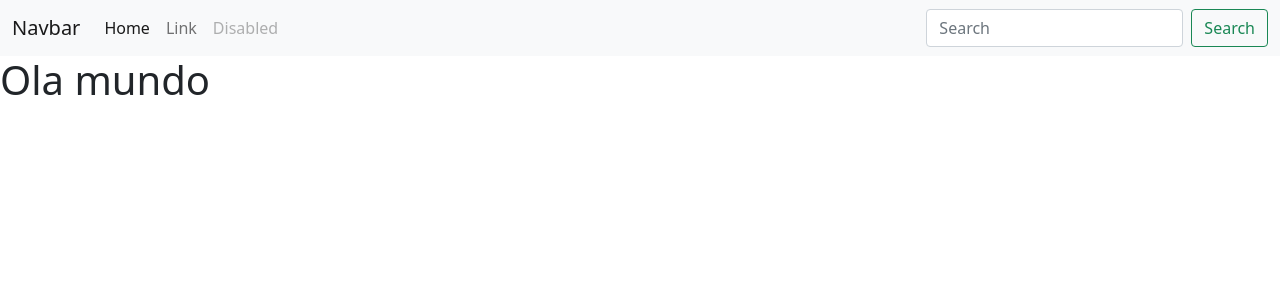
Repository: GabrielAzevedo99/back-end
Page: java-crud/src/main/webapp/index.html
These files come from the project's save history. The page is drawn as it stood at one moment and after the next save; the edit follows.
The browser window is 1280 px wide. The pictures show the whole page.

Above is the page before, as saved 2022-02-05 00:15:13.

### java-crud/src/main/webapp/index.html
<!DOCTYPEhtml>
<html>

<meta charset="ISO-8859-1">
<title> PROJETO CRUD COM JAVA </title>
<!-- CSS only -->
<link href="https://cdn.jsdelivr.net/npm/bootstrap@5.1.3/dist/css/bootstrap.min.css" rel="stylesheet" integrity="sha384-1BmE4kWBq78iYhFldvKuhfTAU6auU8tT94WrHftjDbrCEXSU1oBoqyl2QvZ6jIW3" crossorigin="anonymous">
</head>
<body>
<nav class="navbar navbar-expand-lg navbar-light bg-light">
  <div class="container-fluid">
    <a class="navbar-brand" href="#">Navbar</a>
    <button class="navbar-toggler" type="button" data-bs-toggle="collapse" data-bs-target="#navbarSupportedContent" aria-controls="navbarSupportedContent" aria-expanded="false" aria-label="Toggle navigation">
      <span class="navbar-toggler-icon"></span>
    </button>
    <div class="collapse navbar-collapse" id="navbarSupportedContent">
      <ul class="navbar-nav me-auto mb-2 mb-lg-0">
        <li class="nav-item">
          <a class="nav-link active" aria-current="page" href="#">Home</a>
        </li>
        <li class="nav-item">
          <a class="nav-link" href="#">Link</a>
        </li>

        <li class="nav-item">
          <a class="nav-link disabled">Disabled</a>
        </li>
      </ul>
      <form class="d-flex">
        <input class="form-control me-2" type="search" placeholder="Search" aria-label="Search">
        <button class="btn btn-outline-success" type="submit">Search</button>
      </form>
    </div>
  </div>
</nav>
<!-- JavaScript Bundle with Popper -->
<script src="https://cdn.jsdelivr.net/npm/bootstrap@5.1.3/dist/js/bootstrap.bundle.min.js" integrity="sha384-ka7Sk0Gln4gmtz2MlQnikT1wXgYsOg+OMhuP+IlRH9sENBO0LRn5q+8nbTov4+1p" crossorigin="anonymous"></script>
<h1>Ola mundo</h1>
</body>
</html >

After the next save:
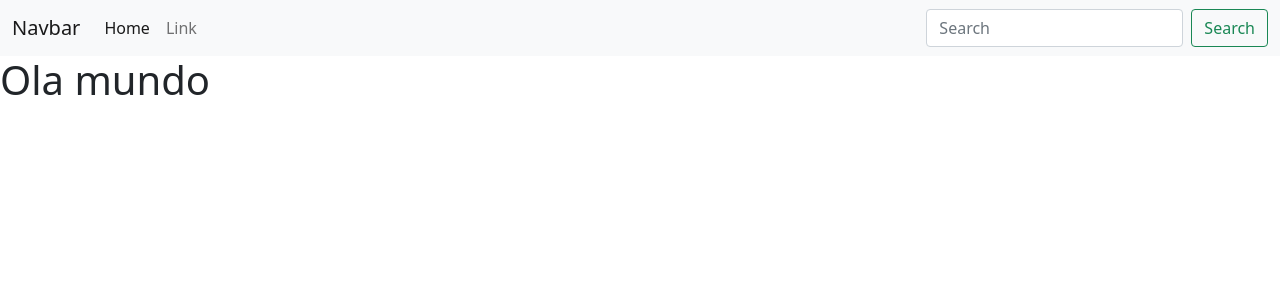
Saved 48 s later.
--- a/java-crud/src/main/webapp/index.html
+++ b/java-crud/src/main/webapp/index.html
@@ -22,9 +22,7 @@
           <a class="nav-link" href="#">Link</a>
         </li>
 
-        <li class="nav-item">
-          <a class="nav-link disabled">Disabled</a>
-        </li>
+
       </ul>
       <form class="d-flex">
         <input class="form-control me-2" type="search" placeholder="Search" aria-label="Search">
